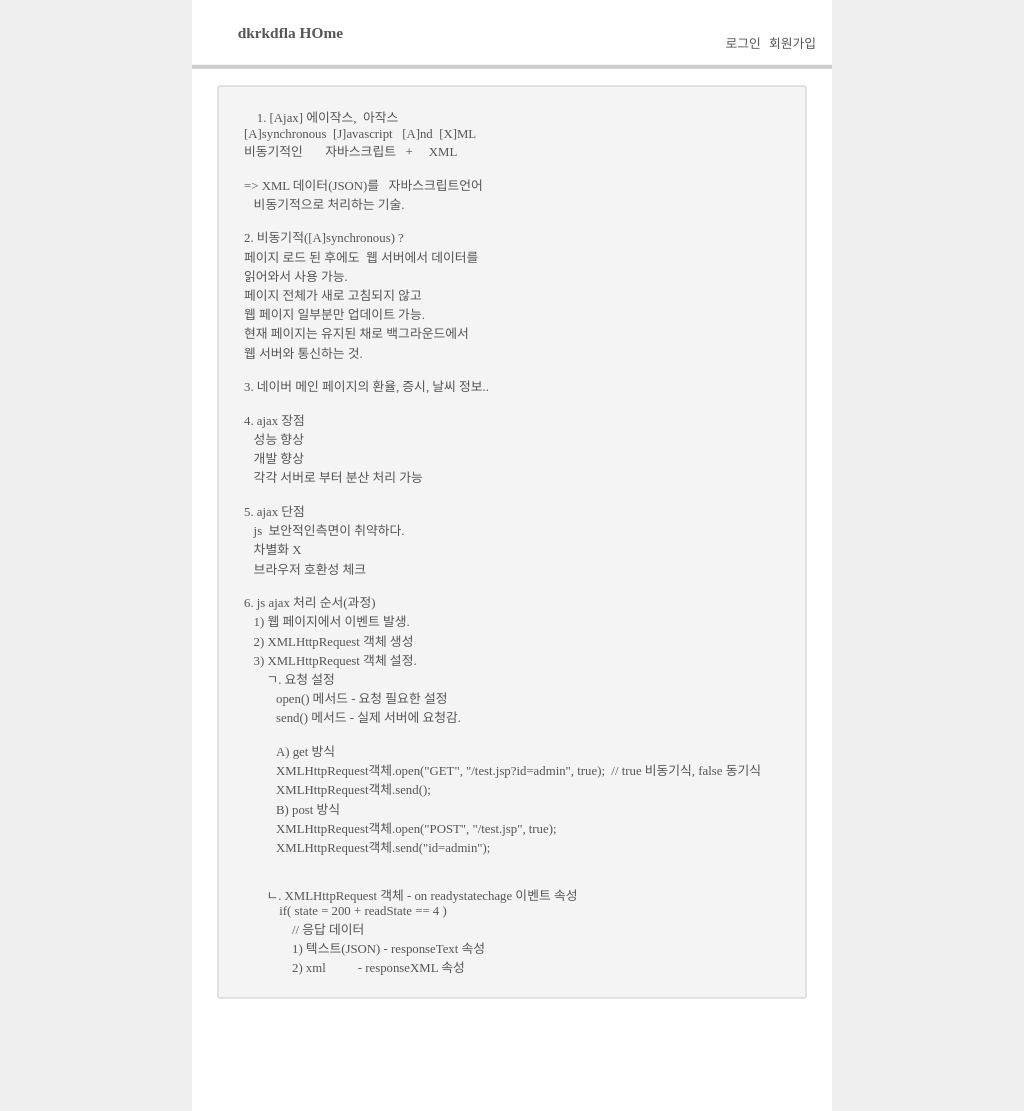
Repository: Dusajang/JSPClass
Page: http://localhost/jspPro/days09/ex02.jsp
An editor plug-in stored every save of this project. The page is shown before and after the next save, followed by the edit.
The browser window is 1280 px wide. The pictures show the whole page, at 80% of full size.
Some web fonts or font styles are not loaded; a fallback is used. The page is served by Tomcat 9. Other server files are loaded and not shown.

Above is the page before, as saved 2024-10-25 02:28:43.

### jspPro/src/main/webapp/days09/ex02.jsp
<%@ page contentType="text/html; charset=UTF-8" pageEncoding="UTF-8"%>
<%@ page trimDirectiveWhitespaces="true" %>
<%@ taglib prefix="c" uri="http://java.sun.com/jsp/jstl/core" %>
<!DOCTYPE html>
<html>
<head>
<meta charset="UTF-8">
<title>Insert title here</title>
<link rel="shortcut icon" type="image/x-icon" href="http://localhost/jspPro/images/SiSt.ico">
<script src="https://ajax.googleapis.com/ajax/libs/jquery/3.7.1/jquery.min.js"></script>
<meta name="viewport" content="width=device-width, initial-scale=1.0">
<meta name="google" content="notranslate">
<link rel="stylesheet" href="http://localhost/jspPro/resources/cdn-main/example.css">
<script src="http://localhost/jspPro/resources/cdn-main/example.js"></script>
<style>
 span.material-symbols-outlined{
    vertical-align: text-bottom;
 }
</style>
</head>
<body>
<header>
  <h1 class="main"><a href="#" style="position: absolute;top:30px;">dkrkdfla HOme</a></h1>
  <ul>
    <li><a href="#">로그인</a></li>
    <li><a href="#">회원가입</a></li>
  </ul>
</header>
<div>
  <xmp class="code">
        1. [Ajax] 에이작스,  아작스
    [A]synchronous  [J]avascript   [A]nd  [X]ML
    비동기적인       자바스크립트   +     XML

    => XML 데이터(JSON)를   자바스크립트언어
       비동기적으로 처리하는 기술.

    2. 비동기적([A]synchronous) ?
    페이지 로드 된 후에도  웹 서버에서 데이터를
    읽어와서 사용 가능.
    페이지 전체가 새로 고침되지 않고
    웹 페이지 일부분만 업데이트 가능.
    현재 페이지는 유지된 채로 백그라운드에서
    웹 서버와 통신하는 것.

    3. 네이버 메인 페이지의 환율, 증시, 날씨 정보..

    4. ajax 장점
       성능 향상
       개발 향상
       각각 서버로 부터 분산 처리 가능

    5. ajax 단점
       js  보안적인측면이 취약하다.
       차별화 X
       브라우저 호환성 체크

    6. js ajax 처리 순서(과정)
       1) 웹 페이지에서 이벤트 발생.
       2) XMLHttpRequest 객체 생성
       3) XMLHttpRequest 객체 설정.
           ㄱ. 요청 설정
              open() 메서드 - 요청 필요한 설정
              send() 메서드 - 실제 서버에 요청감.

              A) get 방식
              XMLHttpRequest객체.open("GET", "/test.jsp?id=admin", true);  // true 비동기식, false 동기식
              XMLHttpRequest객체.send();
              B) post 방식
              XMLHttpRequest객체.open("POST", "/test.jsp", true);
              XMLHttpRequest객체.send("id=admin");


           ㄴ. XMLHttpRequest 객체 - on readystatechage 이벤트 속성
               if( state = 200 + readState == 4 )
                   // 응답 데이터
                   1) 텍스트(JSON) - responseText 속성
                   2) xml          - responseXML 속성
  </xmp>
</div>
</body>
</html>

### jspPro/src/main/webapp/resources/cdn-main/example.css
@charset "UTF-8";

@import url('https://fonts.googleapis.com/css2?family=Material+Symbols+Outlined:opsz,wght,FILL,GRAD@20..48,100..700,0..1,-50..200');

@font-face {
    font-family: 'GmarketSansMedium';
    src: url('https://cdn.jsdelivr.net/gh/projectnoonnu/noonfonts_2001@1.1/GmarketSansMedium.woff') format('woff');
    font-weight: normal;
    font-style: normal;
}

:root {
	--text-color: #555;
	--sub-text-color: #777;
	--back-color: #EFEFEF;
	--header-color: #444;
	--primary-color: #DEDEDE;
	--secondary-color: #EFEFEF;
	--default-width: 800px;
	--narrow-width: 500px;
	--wide-width: 1200px;
	--text-font: 'GmarketSansMedium';
	--icon-font: 'Material Symbols Outlined';
	--border-color: #CCC;
}

html, body {
	margin: 0;
	padding: 0;
}

html {
	background-color: var(--back-color);
	display: flex;
	justify-content: center;
	min-height: 100vh;
}

body, body.default {
	width: var(--default-width);
	background-color: white;
	padding-bottom: 120px;
}

body.wide {
	width: var(--wide-width);
}

body.narrow {
	width: var(--narrow-width);
}



body, p, div, span, a, input, select, option, textarea, button, table, th, td, label, fieldset, legend {
	font-family: var(--text-font);
	color: var(--text-color);
}

h1, h2, h3 {
	font-family: var(--text-font);
	color: var(--header-color);
	padding: 0 1rem;
	padding-top: .5rem;
}

div > h1, div > h2, div > h3 {
	padding: 0;
}

body > div, body > main > div {
	padding: 0.3rem 1rem;
}


h1 { font-size: 2rem; border-bottom: 1px solid var(--border-color); }
h1 small { font-size: 1.2rem; color: var(--sub-text-color); }
h2 { font-size: 1.5rem; border-bottom: 1px dashed var(--border-color); }
h2 small { font-size: 1.1rem; color: --sub-text-color; }
h3 { font-size: 1.2rem; }
h3 small { font-size: 1rem; color: --sub-text-color; }



h1.main::before {
	font-family: var(--icon-font);
  	content: '\e666';
  	margin-right: 10px;
  	float: left;
	font-size: 2.5rem;
}

h1.sub::before {
	font-family: var(--icon-font);
  	content: '\ea19';
  	margin-right: 10px;
  	float: left;
	font-size: 2.5rem;
}


h1.page::before {
	font-family: var(--icon-font);
  	content: '\e0e0';
  	margin-right: 10px;
  	float: left;
	font-size: 2.5rem;
}

body > header > ul > li > .active{
	background-color: #FFF;
	color:#F00;
}

body > header {
	display: flex;
	justify-content: space-between;
	border-bottom: 5px solid var(--border-color);
	min-height: 74px;
	background-color: #FFF;
}

body > header.sticky {
	position: sticky;
	top: 0;
	z-index: 98;
}

body > header > h1 {
	font-size: 1.2rem;
	border: 0;
}

body > header.in > h1::before {
	font-family: var(--icon-font);
  	content: '\e332‥';
  	margin-right: 3px;
  	float: left;
	font-size: 2rem;
}


body > header > ul {
	list-style-type: none;
	display: flex;
	align-items: flex-end;
	margin-right: 10px;
}

body > header > ul > li {
	margin-right: 10px;
	cursor: pointer;
}

body > header > ul > li > a {
	cursor: pointer;
}


form {
	display: block;
}

form > div {
	padding: 0.3rem 1rem;
}

div > form > div {
	padding: 0.3rem 0;
}

input, textarea, button, select {
	border: 1px solid #BBB;
	border-radius: 3px;
	outline: none;
	resize: none;
	padding: 7px;
	margin: 0;
}

input[type=text]:read-only, textarea:read-only {
	cursor: not-allowed;
	background-color: #FFF;
}

input[type=text]:disabled, textarea:disabled {
	cursor: not-allowed;
	background-color: #EEE;
}

input[type=text], input[type=password], textarea, button, select {
	/* width: 300px; */
}

textarea {
	display: block;
	height: 100px;
}

input[type=button], input[type=submit], button {
	/* width: inherit; */
}

input.short, textarea.short, button.short, select.short {
	width: 100px;
}

input.long, textarea.long, button.long, select.long {
	width: 350px;
}

.narrow input.long, .narrow textarea.long, .narrow button.long, .narrow select.long {
	width: calc(100% - 20px);
}

input.full, textarea.full, button.full, select.full {
	width: calc(100% - 20px);
}

textarea.short {
	height: 50px;
}

textarea.long {
	height: 100px;
}

textarea.full {
	height: 200px;
}

input, textarea {
	padding-top: 8px;
}

input[type=button], input[type=submit], button {
	padding: 5px 10px;
	background-color: var(--secondary-color);
	cursor: pointer;
	min-height: 36px;
}

input[type=button].primary, input[type=submit].primary, button.primary {
	/* background-color: rgba(100, 149, 237, .2); */
	background-color: var(--primary-color);
}

input[type=button].primary:hover, input[type=submit].primary:hover, button.primary:hover {
	/* background-color: rgba(100, 149, 237, .3); */
	background-color: var(--secondary-color);
}

input[type=button]:hover, input[type=submit]:hover, button:hover {
	background-color: var(--primary-color);
}

button {
	position: relative;
	left: 0;
	top: 0;
	padding-left: 35px;
}

button .material-symbols-outlined {
	position: absolute;
	left: 10px;
	top: 4px;
}

/* k2nik add */
button.login::before {
	font-family: var(--icon-font);
  	content: '\ea77';
	position: absolute;
	left: 11px;
	top: 4px;
	font-size: 1.25rem;
}

/* k2nik logout */
button.logout::before {
	font-family: var(--icon-font);
  	content: '\e9ba';
	position: absolute;
	left: 11px;
	top: 4px;
	font-size: 1.25rem;
}

/* k2nik help */
button.help::before {
	font-family: var(--icon-font);
  	content: '\f1c0';
	position: absolute;
	left: 11px;
	top: 4px;
	font-size: 1.25rem;
}

button.add::before{
	font-family: var(--icon-font);
  	content: '\e746';
	position: absolute;
	left: 11px;
	top: 4px;
	font-size: 1.25rem;
}

button.back::before {
	font-family: var(--icon-font);
  	content: '\e166';
	position: absolute;
	left: 11px;
	top: 4px;
	font-size: 1.25rem;
}

button.list::before {
	font-family: var(--icon-font);
  	content: '\e0ee';
	position: absolute;
	left: 11px;
	top: 4px;
	font-size: 1.25rem;
}


button.del::before {
	font-family: var(--icon-font);
  	content: '\e872';
	position: absolute;
	left: 11px;
	top: 4px;
	font-size: 1.25rem;
}


button.edit::before {
	font-family: var(--icon-font);
  	content: '\e745';
	position: absolute;
	left: 11px;
	top: 4px;
	font-size: 1.25rem;
}


button.login::before {
	font-family: var(--icon-font);
  	content: '\ea77';
	position: absolute;
	left: 11px;
	top: 4px;
	font-size: 1.25rem;
}


button.logout::before {
	font-family: var(--icon-font);
  	content: '\e9ba';
	position: absolute;
	left: 11px;
	top: 4px;
	font-size: 1.25rem;
}


button.in::before {
	font-family: var(--icon-font);
  	content: '\f71a';
	position: absolute;
	left: 11px;
	top: 4px;
	font-size: 1.25rem;
}


button.out::before {
	font-family: var(--icon-font);
  	content: '\f70e';
	position: absolute;
	left: 11px;
	top: 4px;
	font-size: 1.25rem;
}


button.reply::before {
	font-family: var(--icon-font);
  	content: '\e15e';
	position: absolute;
	left: 11px;
	top: 4px;
	font-size: 1.25rem;
}


button.comment::before {
	font-family: var(--icon-font);
  	content: '\e0b9';
	position: absolute;
	left: 11px;
	top: 4px;
	font-size: 1.25rem;
}


button.modal::before {
	font-family: var(--icon-font);
  	content: '\e89e';
	position: absolute;
	left: 11px;
	top: 4px;
	font-size: 1.25rem;
}


button.ok::before {
	font-family: var(--icon-font);
  	content: '\e86c';
	position: absolute;
	left: 11px;
	top: 4px;
	font-size: 1.25rem;
}


button.cancel::before {
	font-family: var(--icon-font);
  	content: '\e5c9';
	position: absolute;
	left: 11px;
	top: 4px;
	font-size: 1.25rem;
}

button.search::before {
	font-family: var(--icon-font);
  	content: '\e8b6';
	position: absolute;
	left: 11px;
	top: 4px;
	font-size: 1.25rem;
}

button.home::before {
	font-family: var(--icon-font);
  	content: '\e88a';
	position: absolute;
	left: 11px;
	top: 4px;
	font-size: 1.25rem;
}


button.sidebar::before {
	font-family: var(--icon-font);
  	content: '\f7e4';
	position: absolute;
	left: 11px;
	top: 4px;
	font-size: 1.25rem;
}


button.sidebar-right::before {
	font-family: var(--icon-font);
  	content: '\f7e5';
	position: absolute;
	left: 11px;
	top: 4px;
	font-size: 1.25rem;
}




button::before {
	font-family: var(--icon-font);
  	content: '\e323';
	position: absolute;
	left: 11px;
	top: 4px;
	font-size: 1.25rem;
}


table {
	border-collapse: collapse;
	margin: 1rem;
	box-sizing: border-box;
	width: calc(100% - 32px);
}

table.content {
	width: auto;
}

div > table {
	margin: 0;
}

table th, table td {
	border: 1px solid var(--border-color);
	padding: 7px;
	font-weight: normal;
}

table th {
	background-color: var(--back-color);
}

table.vertical th {
	width: 150px;
}

table.vertical td {
	width: calc(100% - 182px);
	padding-left: 10px;
}

table.content td, table.content th {
	width: auto;
}

body.narrow table.vertical th {
	width: 100px;
}

body.narrow table.vertical td {
	width: calc(100% - 182px);
}


table + table {
	margin-top: 30px;
}


p {
	padding: 0 1rem;
}

a {
	text-decoration: none;
}

a:hover {
	color: rgba(255, 99, 71, .7);
}

hr {
	border: 0;
	border-top: 1px solid var(--border-color);
	margin: 2rem 0;
}

.message {
	border: 1px solid var(--border-color);
	background-color: #EFEFEF;
	margin: 1rem;
	width: auto;
	padding-top: 10px;
	padding-bottom: 10px;
	font-size: 14px;
}

.message[title]::before {
	content: attr(title);
	display: block;
	border-bottom: 1px solid var(--border-color);
	padding-bottom: 5px;
	margin-bottom: 10px;
	margin-top: 7px;
}

.message.short {
	max-width: 250px;
}

.message.long {
	max-width: 500px;
}

.badge {
	float: right;
	font-size: .8rem;
	margin-top: 2px;
	margin-right: 2px;
	text-shadow: 0 0 7px gray;
}

.badge.left {
	float: none;
	margin-left: 2px;
}

.badge.right {
	float: right;
}

.badge.red {
	border-radius: 50%;
	padding: 2px 5px;
	background-color: rgb(255, 99, 71, .3);
}

.badge.yellow {

	border-radius: 50%;
	padding: 2px 5px;
	background-color: rgb(255, 215, 0, .5);
}

.badge.blue {
	border-radius: 50%;
	padding: 2px 5px;
	background-color: rgb(100, 149, 237, .3);
}

label + label {
	margin-left: 7px;
}

label input[type=checkbox], label input[type=radio] {
	transform: translate(0, 1px);
}

.group {
	display: flex;
}

.modal-content .group {
	margin-bottom: .5rem;
}

.group label {
	border: 1px solid #BBB;
	border-radius: 3px;
	outline: none;
	resize: none;
	padding: 7px 14px;
	margin: 0;
	border-top-right-radius: 0;
	border-bottom-right-radius: 0;
	background-color: #EFEFEF;
	white-space: nowrap;
	font-size: 14px;
}

.group input[type=text] {
	margin-left: -1px;
	border-top-left-radius: 0;
	border-bottom-left-radius: 0;
}

.group select {
	margin-left: -1px;
	border-top-left-radius: 0;
	border-bottom-left-radius: 0;
}

.group input.full[type=text] {
	margin-left: -1px;
	border-top-left-radius: 0;
	border-bottom-left-radius: 0;
	width: 100%;
}

.group input[type=button]:first-child, .group button:first-child {
	border-top-left-radius: 3px;
	border-bottom-left-radius: 3px;
	margin-left: 0px;
}

.group input[type=button], .group button {
	border-radius: 0;
	margin-left: -1px;
}

.group input[type=button]:last-child, .group button:last-child {
	margin-left: -1px;
	border-top-right-radius: 3px;
	border-bottom-right-radius: 3px;
}

.seperate {
	display: flex;
	justify-content: space-between;
}

div.list {
	width: max-content;
	margin: 1rem;
	border: 1px solid #BBB;
	border-radius: 3px;
	padding: 0;
}

div.list.full {
	width: auto;
	display: block;
	margin: 1rem;
	border: 1px solid #BBB;
	border-radius: 3px;
	padding: 0;
}

div.list > div {
	padding: .5rem 1rem;
	margin: 0;
	border-bottom: 1px solid #BBB;
}

div.list > div:last-child {
	border-bottom: 0;
}

pre.code , xmp.code{
	font-family: consols;
	background-color: rgba(150, 150, 150, .1);
	border: 1px solid #BBB;
	border-radius: 3px;
	padding: .5rem 1rem;
	padding-bottom: .6rem;
	margin: 1rem;
}




*[data-modal-window] {
	position: fixed;
	background-color: rgba(0, 0, 0, .3);
	left: 0;
	top: 0;
	display: none;
	justify-content: center;
	align-items: flex-start;
	width: 100%;
	min-height: 100vh;
	z-index: 100;
	opacity: 0;
	transition: 500ms all;
}

*[data-modal-window] .modal-container {
	border-radius: 5px;
	padding: 1rem;
	padding-bottom: .5rem;
	margin-top: -500px;
	opacity: 0;
	width: 500px;
	background-color: #FFF;
	margin-right: 2rem;
	transition: 500ms all;
}

*[data-modal-size=content] .modal-container {
	width: auto;
}

*[data-modal-size=narrow] .modal-container {
	width: 300px;
}

*[data-modal-size=wide] .modal-container {
	width: 760px;
}


*[data-modal-window] .modal-header {
	border-bottom: 1px solid var(--border-color);
	padding: 2px 5px;
}

*[data-modal-window] .modal-content {
	padding: 1rem 5px;
}

*[data-modal-window] .modal-content div:last-child {
	margin-top: 1rem;
	text-align: right;
}



*[data-sidebar-window] {
	position: fixed;
	background-color: #FFF;
	left: 0;
	top: 0;
	display: block;
	width: 300px;
	border-right: 1px solid var(--border-color);
	box-sizing: border-box;
	box-shadow: 0 0 3px var(--back-color);
	min-height: 100vh;
	z-index: 99;
	transform: translate(-300px, 0);
	transition-duration: 500ms;
	transition-property: transform;
}

*[data-sidebar-direction=right] {
	left: auto;
	right: 0;
	transform: translate(300px, 0);
	border-left: 1px solid var(--border-color);
}

*[data-sidebar-size=wide] {
	width: 500px;
	transform: translate(-500px, 0);
}

*[data-sidebar-window] .sidebar-title {
	border-bottom: 1px solid var(--border-color);
	margin-top: 20px;
	margin-bottom: 20px;
	padding-bottom: 5px;
	display: flex;
	justify-content: space-between;
}

*[data-sidebar-window] .sidebar-title span:last-child {
	cursor: pointer;
}


/* K2Nik pagination */
.center {
  text-align: center;
}

.pagination {
  display: inline-block;
}

.pagination a {
  color: black;
  float: left;
  padding: 3px 6px;
  text-decoration: none;
  transition: background-color .3s;
  border: 1px solid #ddd;
  margin: 0 3px;
}

.pagination a.active {
  background-color: #4CAF50;
  color: white;
  border: 1px solid #4CAF50;
}

.pagination a:hover:not(.active) {background-color: #ddd;}

### jspPro/src/main/webapp/resources/cdn-main/example.js

window.onload = () => {

    const list = document.querySelectorAll('input, textarea');

    list.forEach(item => {
        item.setAttribute('autocomplete', 'off');
    });


    const modal_btn_list = document.querySelectorAll('*[data-modal-button]');

    modal_btn_list.forEach(item => {
        item.onclick = function() {

            const name = this.dataset['modalButton'];
            const modal_window = document.querySelector('*[data-modal-window=' + name);

            const container = document.createElement('div');
            container.className = 'modal-container';



            const modal_header = document.createElement('div');
            modal_header.textContent = modal_window.dataset['modalTitle'];
            modal_header.className = 'modal-header';
            container.appendChild(modal_header);

            const modal_content = document.createElement('div');
            modal_content.className = 'modal-content';
            container.appendChild(modal_content);

            Array.from(modal_window.childNodes).forEach(item => {
                modal_content.appendChild(item);
            });

            modal_window.appendChild(container);

            modal_window.style.display = 'flex';

            setTimeout(() => {
                modal_window.style.opacity = 1;
                container.style.marginTop = '20px';
                container.style.opacity = 1;
            }, 50);


            const modal_ok = document.querySelector('*[data-modal-ok=' + name);
            modal_ok.addEventListener('click', function() {
                modal_window.style.opacity = 0;
                container.style.marginTop = '-500px';
                container.style.opacity = 0;

                setTimeout(() => {
                    modal_window.innerHTML = modal_content.innerHTML;
                    modal_window.style.display = 'none';
                }, 500);

            });

            const modal_cancel = document.querySelector('*[data-modal-cancel=' + name);
            modal_cancel.addEventListener('click', function() {

                modal_window.style.opacity = 0;
                container.style.marginTop = '-500px';
                container.style.opacity = 0;

                setTimeout(() => {
                    modal_window.innerHTML = modal_content.innerHTML;
                    modal_window.style.display = 'none';
                }, 500);
            });


        };
    });


    const sidebar_btn_list = document.querySelectorAll('*[data-sidebar-button]');

    sidebar_btn_list.forEach(item => {
        item.onclick = function() {



            const name = this.dataset['sidebarButton'];
            const sidebar_window = document.querySelector('*[data-sidebar-window=' + name);

            if (sidebar_window.style.transform == 'translate(0px, 0px)') return;



            sidebar_window.style.transform = 'translate(0, 0)';

            const sidebar_title = document.createElement('div');
            sidebar_title.className = 'sidebar-title';
            sidebar_title.innerHTML = '<span>' + sidebar_window.dataset['sidebarTitle'] + '</span><span class="material-symbols-outlined">close</span>';

            sidebar_title.children[1].onclick = function() {

                let sign = 1;
                let distance = 300;

                if (sidebar_window.dataset['sidebarDirection'] != 'right') {
                    sign = -1;
                } else {
                    sign = 1;
                }

                if (sidebar_window.dataset['sidebarSize'] != 'wide') {
                    distance = 300;
                } else {
                    distance = 500;
                }

                distance *= sign;

                sidebar_window.style.transform = 'translate(' + distance + 'px, 0)';

                setTimeout(function() {
                    sidebar_window.removeChild(sidebar_window.children[0]);
                }, 500);
            };


            sidebar_window.prepend(sidebar_title);

        }
    });

};

// window.onkeydown = function(event) {

//     if (event.keyCode == 27) {
//         if (document.querySelector('[data-modal-window').style.display == 'flex') {
//             document.querySelector('[data-modal-window').style.display = 'none';
//         }
//     }

// };

After the next save:
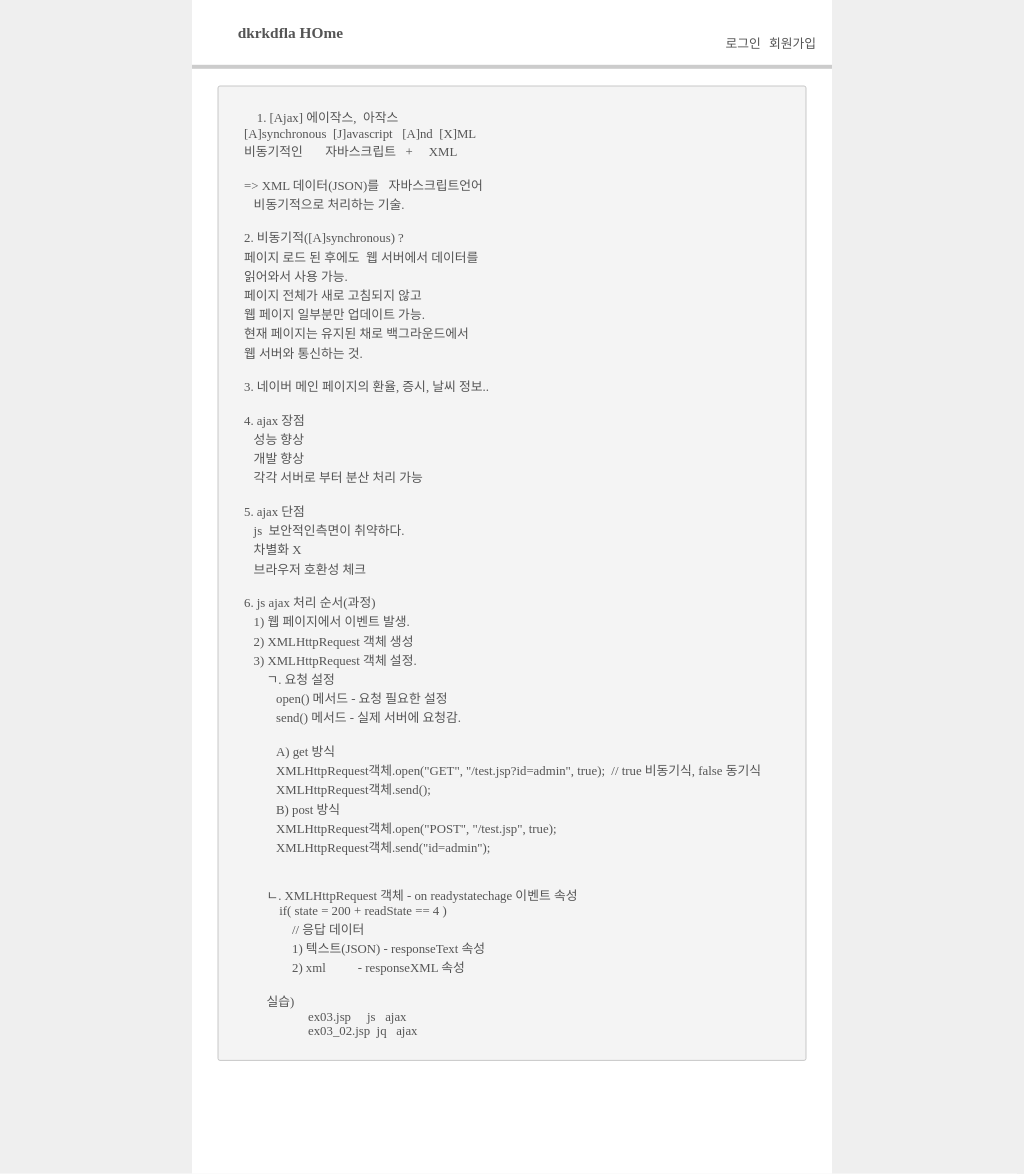
Saved 7 min 36 s later.
--- a/jspPro/src/main/webapp/days09/ex02.jsp
+++ b/jspPro/src/main/webapp/days09/ex02.jsp
@@ -76,6 +76,10 @@
                    // 응답 데이터
                    1) 텍스트(JSON) - responseText 속성
                    2) xml          - responseXML 속성
+
+           실습)
+           		ex03.jsp     js   ajax
+           		ex03_02.jsp  jq   ajax
   </xmp>
 </div>
 </body>
